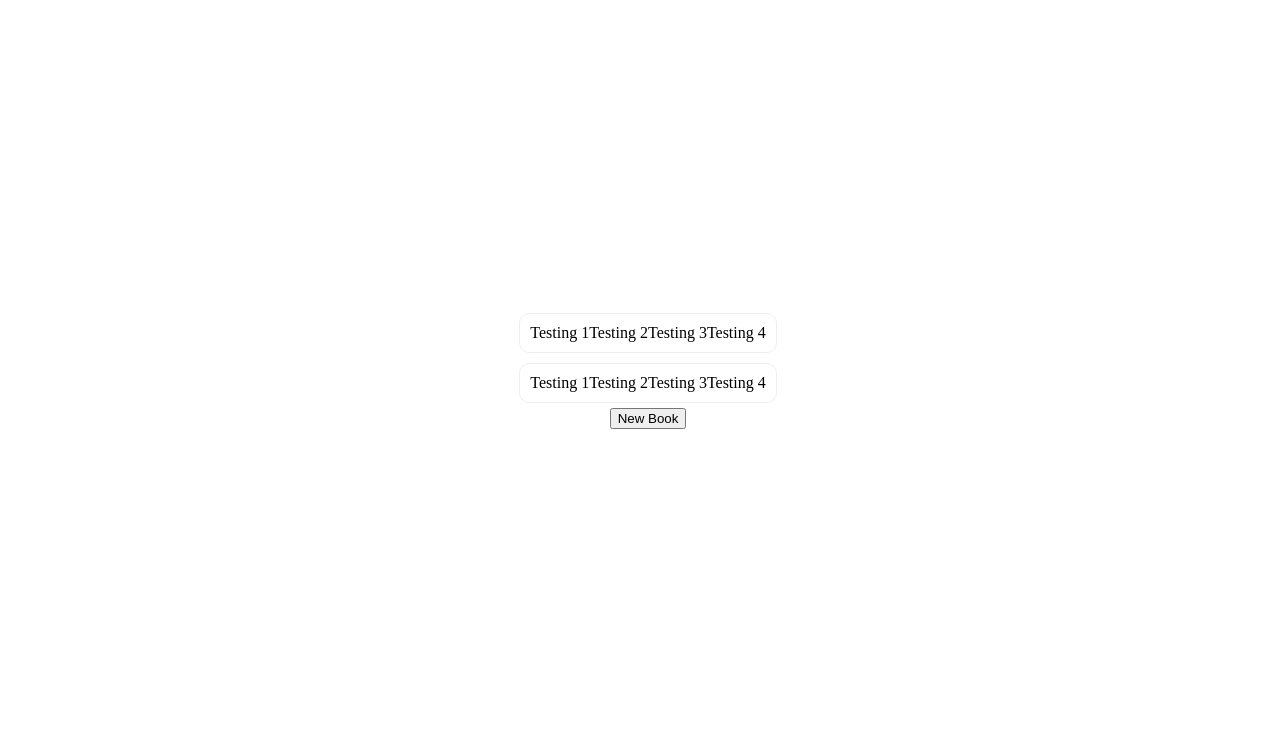
Repository: kocokoy/library
Page: index.html
These files come from the project's save history. The page is drawn as it stood at one moment and after the next save; the edit follows.
The browser window is 1280 px wide. The page is 1288 px wide, so the pictures cover 1288 px, including what lies to the right of the window. The pictures show the whole page.

Above is the page before, as saved 2024-11-05 15:52:14.

After the next save:
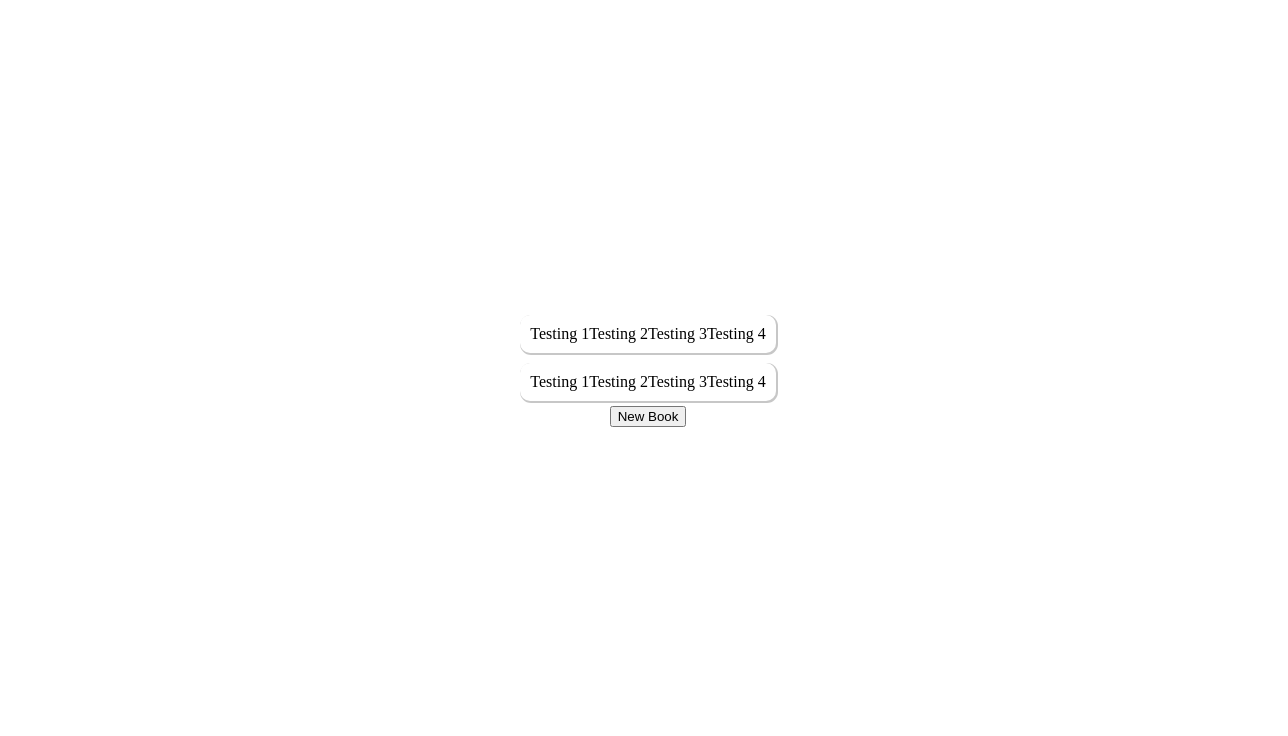
Saved 12 s later.
--- a/style.css
+++ b/style.css
@@ -10,7 +10,7 @@ body{
   align-items: center;
 }
 .book-card{
-  border: 0.1px solid rgba(0, 0, 0, 0.068);
+  box-shadow: 1px 1px 0px 1px rgba(0, 0, 0, 0.219);
   padding: 10px;
   border-radius: 10px;
   display: flex;
